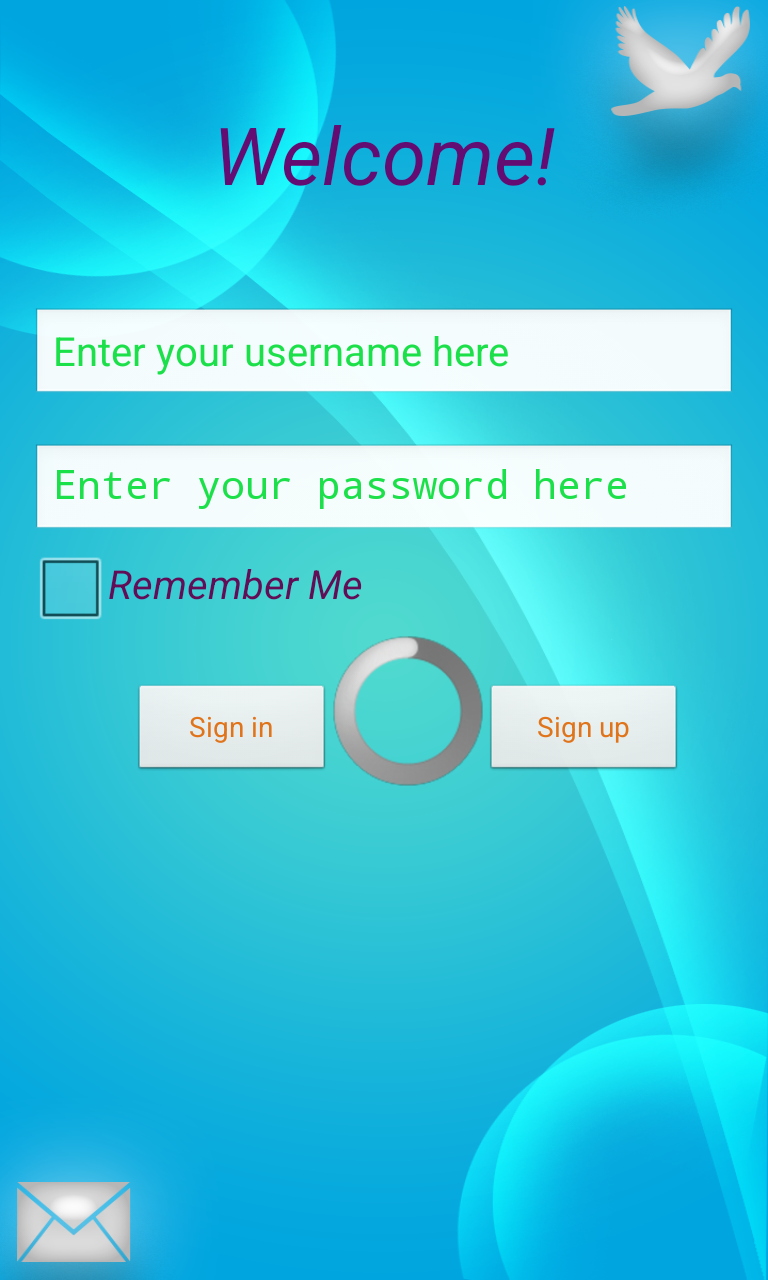
Repository: JodyCoolit/android
Layout: Delivery/res/layout/activity_login.xml
These files come from the project's save history. The layout is drawn as it stood at one moment and after the next save; the edit follows.
It is drawn on a 768 x 1280 px phone screen (xhdpi) without system bars, with theme android:Theme.Light.NoTitleBar.Fullscreen; the app's code is not run.

Above is the layout before, as saved 2014-08-26 01:57:11.

### Delivery/res/layout/activity_login.xml
<?xml version="1.0" encoding="utf-8"?>
<LinearLayout xmlns:android="http://schemas.android.com/apk/res/android"
    android:layout_width="match_parent"
    android:layout_height="match_parent"
    android:paddingLeft="16dp"
    android:paddingRight="16dp"
    android:orientation="vertical"
    android:background="@drawable/bg_login"
    >

    <TextView
        android:layout_marginTop="50sp"
        android:layout_width="wrap_content"
        android:layout_height="wrap_content"
        android:text="@string/welcome"
        android:textSize="40sp"
        android:layout_gravity="center"
        android:textStyle="italic"
        android:textColor="#630D73"
         />
	<EditText
	    android:id="@+id/et_login_username"
	    android:singleLine="true"
	    android:textColorHint="#1BE049"
	    android:textColor="#1BE011"
	    android:layout_marginTop="50sp"
	    android:textSize="20sp"
        android:layout_width="match_parent"
        android:layout_height="wrap_content"
        android:hint="@string/hint_username" />
    <EditText
        android:id="@+id/et_login_password"
        android:singleLine="true"
        android:textColor="#1BE011"
        android:textColorHint="#1BE049"
        android:layout_marginTop="20sp"
        android:textSize="20sp"
        android:layout_width="match_parent"
        android:layout_height="wrap_content"
        android:gravity="top"
        android:inputType="textPassword"
        android:hint="@string/hint_password" />

    <LinearLayout
        android:layout_width="match_parent"
    	android:layout_height="wrap_content"
    	android:orientation="horizontal">
    	<CheckBox
        android:id="@+id/cb_rememberMe"
        android:layout_width="wrap_content"
        android:layout_height="wrap_content"
        />
    	<TextView
        android:layout_width="wrap_content"
        android:layout_height="wrap_content"
        android:text="@string/rememberMe"
        android:textSize="20sp"
        android:textStyle="italic"
        android:textColor="#620D55"
         />
    </LinearLayout>
    <LinearLayout
        android:layout_width="match_parent"
    	android:layout_height="wrap_content">
        <Button
            android:id="@+id/btn_signin"
	        android:textColor="#E0741B"
	        android:layout_marginTop="10sp"
	        android:layout_marginLeft="50sp"
	        android:layout_width="100dp"
	        android:layout_height="wrap_content"
	        android:layout_gravity="center"
	        android:text="@string/btn_signin" />

        <ProgressBar
        android:id="@+id/pb_login"
        style="?android:attr/progressBarStyleLarge"
        android:layout_width="wrap_content"
        android:layout_height="wrap_content" />

     	<Button
         	android:id="@+id/btn_signup"
	        android:textColor="#E0741B"
	        android:layout_marginTop="10sp"
	        android:layout_marginLeft="0sp"
	        android:layout_width="100dp"
	        android:layout_height="wrap_content"
	        android:layout_gravity="center"
	        android:text="@string/btn_signup" />
    </LinearLayout>

</LinearLayout>

### Delivery/res/values/strings.xml
<?xml version="1.0" encoding="utf-8"?>
<resources>
    <string name="app_name">Delivery</string>
    <string name="signup">Sign Up</string>

    <!-- LoginActivity -->
    <string name="welcome">Welcome!</string>
    <string name="rememberMe"> Remember Me</string>
	<string name="btn_signin">Sign in</string>
	<string name="btn_signup">Sign up</string>
	<string name="hint_username">Enter your username here</string>
	<string name="hint_password">Enter your password here</string>

	<!--  SignupActivity -->
	<string name="tv_signup_username">Username : </string>
	<string name="tv_signup_password">Password : </string>
	<string name="hint_signup_username">E-mail/Username/IC</string>
	<string name="hint_signup_password">Case Sencetive</string>
	<string name="hint_signup_address">Address for delivery</string>
	<string name="tv_signup_phone">Phone : </string>
	<string name="tv_signup_email">E-mail : </string>
	<string name="tv_signup_address">Address : </string>
	<string name="btn_signup_register">Register Now!</string>

	<!-- UserActivity -->
	<string-array name="menu_user">
	    <item>Home</item>
	    <item>New Order</item>
	    <item>Order Status</item>
	    <item>Promotion</item>
	    <item>Feedback</item>
	    <item>About us</item>
	</string-array>
</resources>

After the next save:
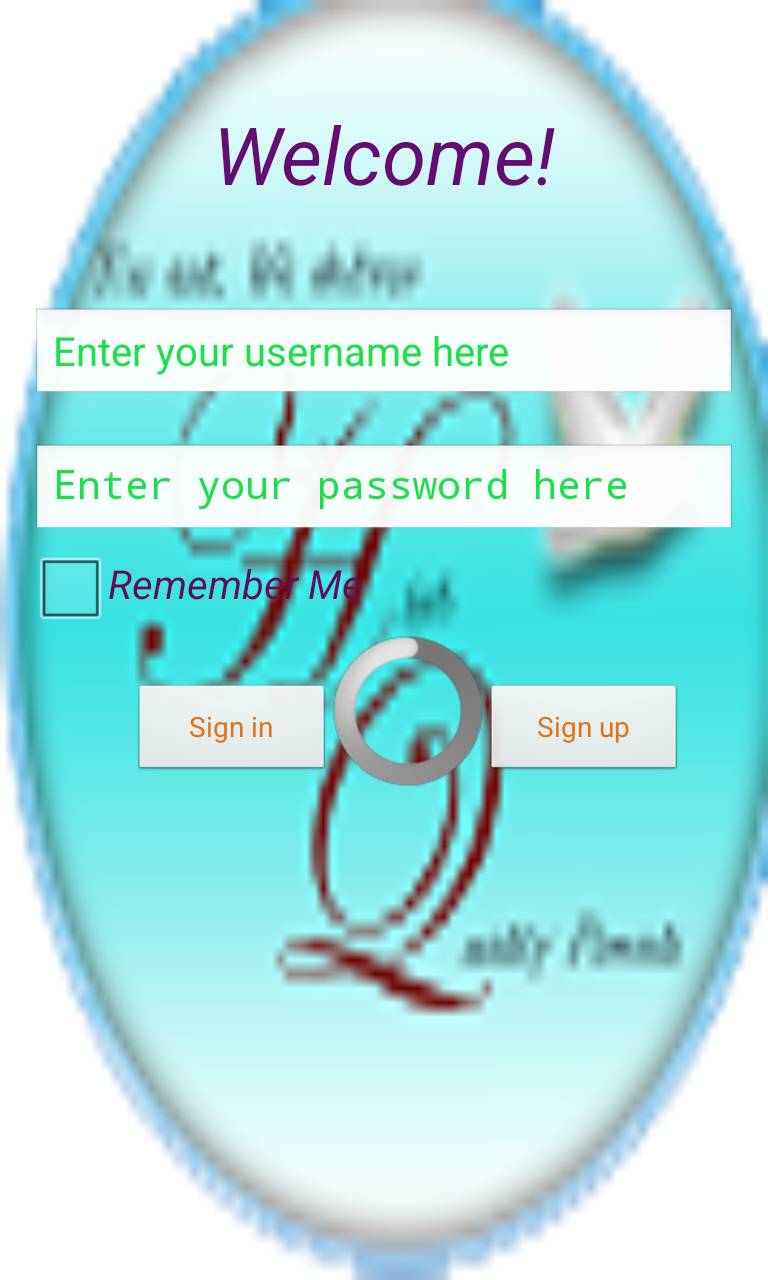
Saved 4 min 47 s later.
--- a/Delivery/res/layout/activity_login.xml
+++ b/Delivery/res/layout/activity_login.xml
@@ -5,7 +5,7 @@
     android:paddingLeft="16dp"
     android:paddingRight="16dp"
     android:orientation="vertical"
-    android:background="@drawable/bg_login"
+    android:background="@drawable/logo"
     >
 
     <TextView

After the save that followed:
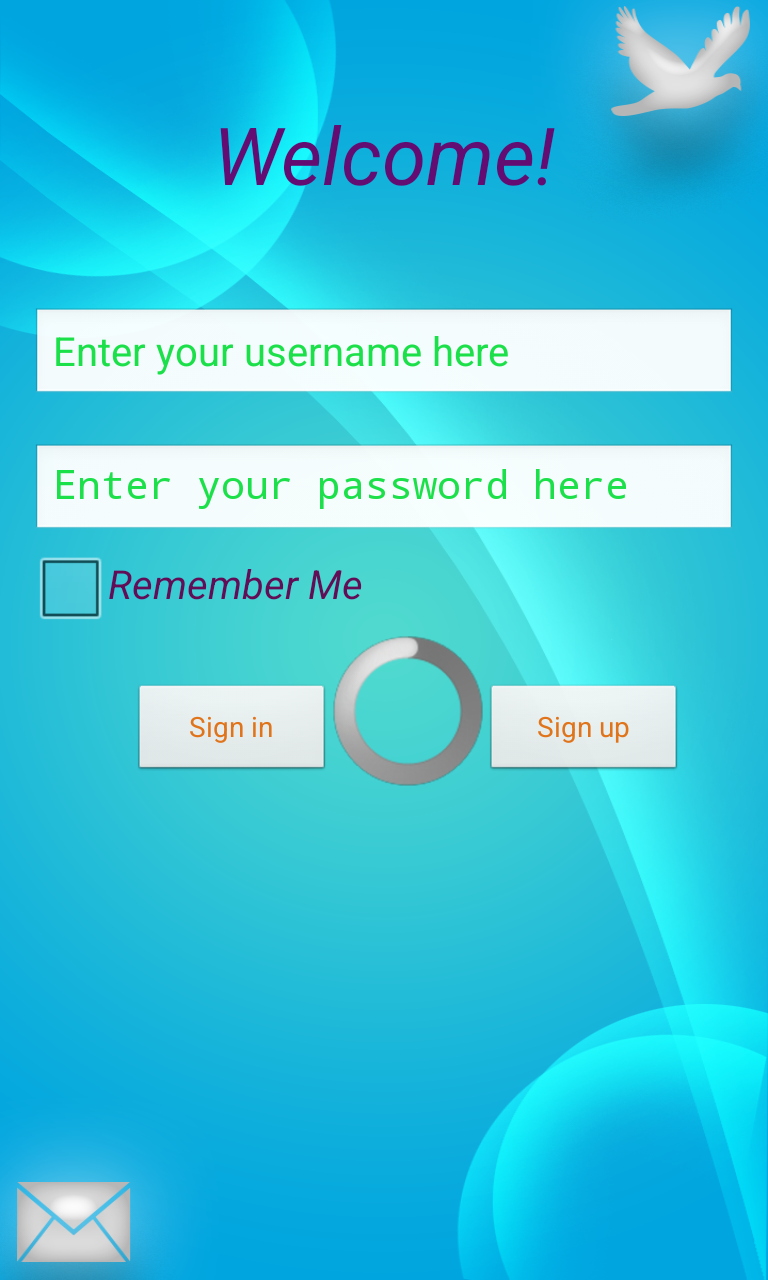
Saved 9 s later.
--- a/Delivery/res/layout/activity_login.xml
+++ b/Delivery/res/layout/activity_login.xml
@@ -5,7 +5,7 @@
     android:paddingLeft="16dp"
     android:paddingRight="16dp"
     android:orientation="vertical"
-    android:background="@drawable/logo"
+    android:background="@drawable/bg_login"
     >
 
     <TextView
